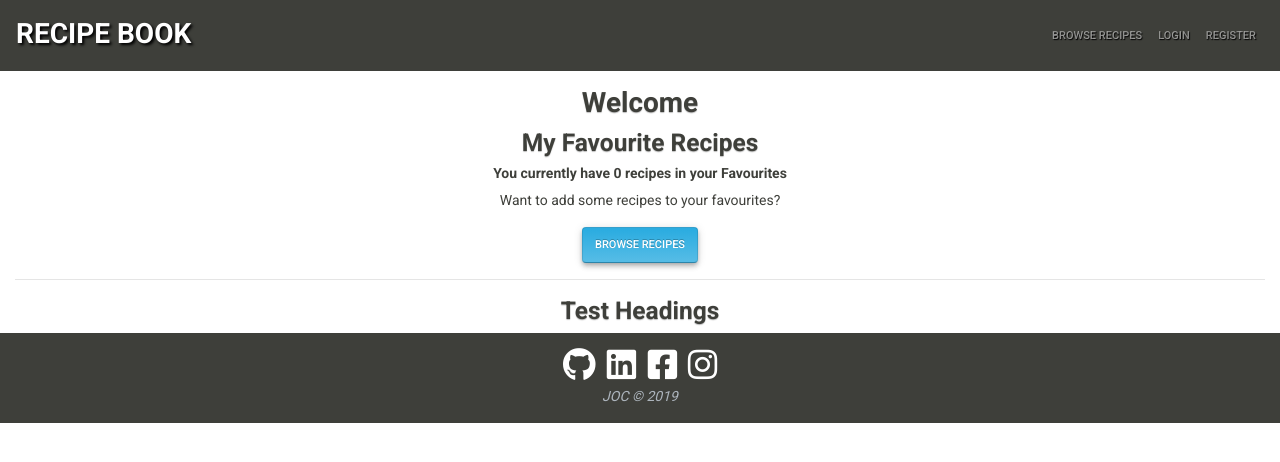
Repository: johnnycistudent/recipe-app
Page: templates/my_favourites.html
The author's editor kept a record of every edit. The page is drawn from the files as they stood at one moment, then again after the next edit.
The browser window is 1280 px wide. The pictures show the whole page.
Some web libraries are served in a nearby version. The template is drawn by Flask 3. The application's start-up code is not run. The template is opened directly, without the code that normally fills it, so the values that code supplies are empty.

Above is the page before.

After the next edit:
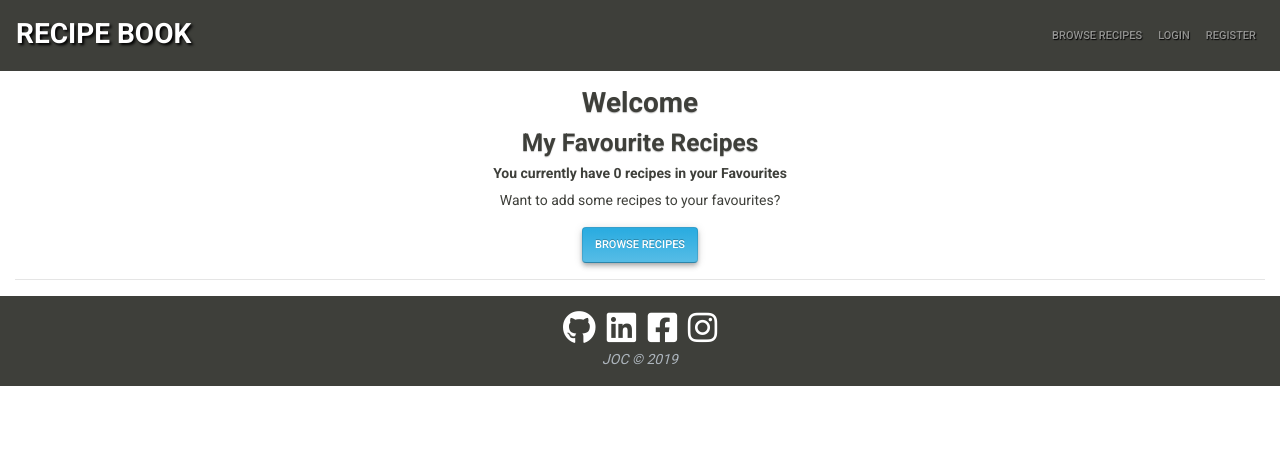
The edit:
--- a/templates/my_favourites.html
+++ b/templates/my_favourites.html
@@ -85,75 +85,6 @@
     </div>
     <!-- /USER'S FAVOURITE RECIPES -->
 
-    <!-- USER'S FAVOURITE RECIPES - Displays all recipes that the User has previously added to their favourites -->
-   <h3>Test Headings</h3>
-
-    <div class="row">
-
-
-        {% for favourite in favs %}
-        <div class="col-sm-12 col-md-6 col-lg-4 mx-auto">
-            <div class="card text-center">
-                <div class="card-body text-center">
-
-                    <!-- Link to Favourite Recipe Display on the Recipe Image -->
-                    <a href="{{ url_for('recipe_display', recipe_id=favourite._id) }}">
-
-                        <!-- If no photo link is added, a stock photo is used instead -->
-                        {% if favourite.photo_url == "" %}
-                        <img src="/static/images/backup.jpg" class="card-img-top" alt="{{favourite.recipe_name}}">
-                        {% else %}
-
-                        <!-- Favourite Recipe Image Display -->
-                        <img src="{{favourite.photo_url}}" class="card-img-top" alt="{{favourite.recipe_name}}">
-                        {% endif %}
-                    </a>
-
-                    <!-- Favourite Recipe Name-->
-                    <h4 class="card-title"><a class="name-link" href="{{url_for('recipe_display', recipe_id=favourite._id)}}">{{favourite.recipe_name|title}}</a></h4>
-
-                    <hr>
-
-                    <div class="row card-details-wrapper">
-
-                        <!-- Favourite Recipe Servings -->
-                        <div class="card-details col-6 ">
-                            <span class="recipe-icon"><i class="fas fa-user fa-2x"></i></span>
-                            <span class="recipe-input"> {{ favourite.servings }} </span>
-                            <span class="recipe-variable">Servings</span>
-                        </div>
-
-                        <!-- Favourite Recipe Preptime -->
-                        <div class="card-details col-6 ">
-                            <span class="recipe-icon"><i class="fas fa-clock fa-2x"></i></span>
-                            <span class="recipe-input">{{ favourite.preptime }}</span>
-                            <span class="recipe-variable">Minutes</span>
-                        </div>
-
-                        <!-- Favourite Recipe Calories -->
-                        <div class="card-details col-6 offset-3 ">
-                            <span class="recipe-icon"><i class="fas fa-burn fa-2x"></i></span>
-                            <span class="recipe-input">{{ favourite.calories }}</span>
-                            <span class="recipe-variable">Calories</span>
-                        </div>
-                    </div>
-
-                    <hr>
-
-                    <!-- View Full Recipe Button -->
-                    <a href="{{ url_for('recipe_display', recipe_id=favourite._id) }}" class="btn btn-main">View Full Recipe</a>
-
-                    <!-- Delete from Favourites Button -->
-                    <a role="button" href="{{ url_for('remove_from_favourites', recipe_id=favourite._id, user=user['username']) }}" class="btn btn-delete">Remove from Favourites</a>
-                </div>
-            </div>
-        </div>
-        {% endfor %}
-    </div>
-    <!-- /USER'S FAVOURITE RECIPES -->
-
-
-
 
 </div>
 
